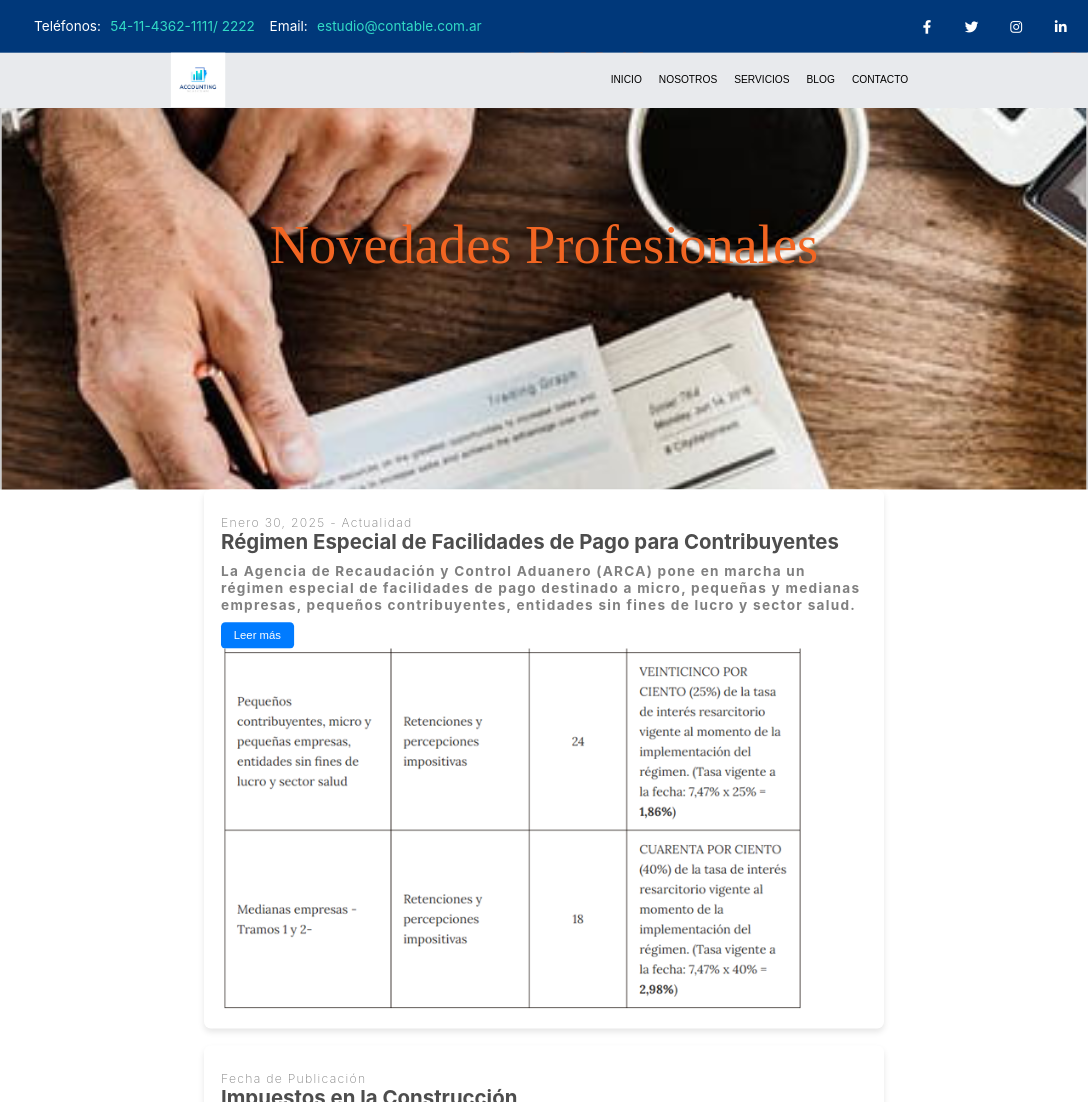
Repository: Gustavo-Leiva/estudioContable
Page: html/blog.html
These files come from the project's save history. The page is drawn as it stood at one moment and after the next save; the edit follows.
The browser window is 1280 px wide. The pictures show the part of the page from y = 0 to 1296 px (the page is 2202 px tall), at 85% of full size.
A picture or video elsewhere on the page could not be fetched, so the positions and the page height are approximate. Some web libraries are served in a nearby version.

Above is the page before, as saved 2025-01-31 18:25:15.

### html/blog.html
<!DOCTYPE html>
<html lang="en">
<head>
    <meta charset="UTF-8">
    <meta name="viewport" content="width=device-width, initial-scale=1.0">
    <title>Blog</title>
    <script src="https://kit.fontawesome.com/363b4ef9d0.js" crossorigin="anonymous"></script>
    <link rel="stylesheet" type="text/css" href="https://cdnjs.cloudflare.com/ajax/libs/font-awesome/6.0.0/css/all.min.css">
    <link rel="stylesheet" type="text/css" href="/css/style.css">
    <script src="../js/app.js"></script>
    <script src="../js/app1.js"></script>
</head>
<body>
    <header id="home" class="header">
        <nav class="nav">
            <div class="container-all">
                <div class="container-contacto">
                    <div class="contacto">
                        <ul class="nav-contacto">
                            <li>
                                <span class="contac">Teléfonos:</span>
                                <a href="#" class="phone">54-11-4362-1111/ 2222</a>
                            </li>
                            <li>
                                <span class="contac">Email:</span>
                                <a href="#" class="email">estudio@contable.com.ar</a>
                            </li>
                        </ul>
                    </div>
                    <div class="social-links">
                        <a href="#"><i class="fab fa-facebook-f"></i></a>
                        <a href="#"><i class="fab fa-twitter"></i></a>
                        <a href="#"><i class="fab fa-instagram"></i></a>
                        <a href="#"><i class="fab fa-linkedin-in"></i></a>
                    </div>
                </div>
                <div class="nav-items">
                    <img src="../img/logo2.jpg" alt="Logo del estudio" class="imagen-logo">
                    <button id="abrir" class="abrir-menu"><i class="fas fa-bars"></i></button>
                    <div class="nav-menu" id="nav">
                        <button id="cerrar" class="cerrar-menu"><i class="fa-solid fa-xmark"></i></button>
                        <ul class="nav-list">
                            <li class="menu-item"><a href="/index.html">Inicio</a></li>
                            <li class="menu-item"><a href="/html/nosotros.html">Nosotros</a></li>
                            <li class="menu-item"><a href="/html/servicios.html">Servicios</a></li>
                            <li class="menu-item"><a href="/html/blog.html">Blog</a></li>
                            <li class="menu-item"><a href="/html/contacto.html">Contacto</a></li>
                        </ul>
                    </div>
                </div>
            </div>
        </nav>
    </header>

    <section class="imagenContenedora" id="imagenContenedora">
        <img class="contenedoraBlog" src="../img/blog.jpg" alt="Imagen de blog">
        <h1 class="leyenda">Novedades Profesionales</h1>
    </section>

    <!-- Contenedor donde se cargarán dinámicamente los artículos -->
    <section id="blog-container" class="blog-container"></section>

    <footer class="footer">
        <div class="footer-container">
            <div class="row">
                <div class="footer-col">
                    <h4 class="title">Estudio</h4>
                    <ul>
                        <li><a href="#">Inicio</a></li>
                        <li><a href="#">Nosotros</a></li>
                        <li><a href="#">Servicios</a></li>
                        <li><a href="#">Contacto</a></li>
                    </ul>
                </div>
                <div class="footer-col">
                    <h4 class="title">Servicios</h4>
                    <ul>
                        <li><a href="#">Auditoría</a></li>
                        <li><a href="#">Impuestos</a></li>
                        <li><a href="#">Laboral</a></li>
                        <li><a href="#">Societario</a></li>
                        <li><a href="#">Consultoría</a></li>
                        <li><a href="#">Outsourcing</a></li>
                    </ul>
                </div>
                <div class="footer-col">
                    <h4 class="title">Clientes</h4>
                    <ul>
                        <li><a href="#">Industrias</a></li>
                        <li><a href="#">Servicios</a></li>
                        <li><a href="#">Concesionarias automotrices</a></li>
                        <li><a href="#">Entidades Financieras</a></li>
                    </ul>
                </div>
                <div class="footer-col footer-links">
                    <h4 class="title">¡Seguinos!</h4>
                    <div class="social-links">
                        <a href="#"><i class="fab fa-facebook-f"></i></a>
                        <a href="#"><i class="fab fa-twitter"></i></a>
                        <a href="#"><i class="fab fa-instagram"></i></a>
                        <a href="#"><i class="fab fa-linkedin-in"></i></a>
                    </div>
                </div>
            </div>
        </div>
        <hr>
        <p class="derechos">&copy; 2024 Todos los derechos reservados | Creado por Gustavo Leiva</p>
    </footer>


</body>
</html>

### js/app1.js
document.addEventListener("DOMContentLoaded", function () {
    // Cargar artículos desde el archivo JSON
    fetch("../js/articulos.json")
        .then(response => response.json())  // Convertir la respuesta a JSON
        .then(data => {
            const contenedor = document.querySelector(".blog-container");  // Contenedor donde se mostrarán las tarjetas

            // Iterar sobre los artículos y crear una tarjeta para cada uno
            data.forEach(articulo => {
                const card = document.createElement("div");  // Crear un nuevo contenedor para cada artículo
                card.classList.add("blog-card");  // Añadir clase de estilo a la tarjeta

                // Insertar el contenido de cada artículo dentro de la tarjeta sin los comentarios incorrectos
                card.innerHTML = `
                    <div class="card-header">
                        <p class="date">${articulo.fecha}</p>  <!-- Fecha de publicación -->
                        <h2>${articulo.titulo}</h2>  <!-- Título del artículo -->
                    </div>
                    <div class="card-body">
                    <p class="summary">${articulo.resumen}</p>  <!-- Resumen del artículo -->
                    <p class="full-content" style="display: none;">${articulo.contenido}</p>  <!-- Contenido completo (oculto inicialmente) -->
                    <button class="read-more">Leer más</button>  <!-- Botón para mostrar/ocultar el contenido -->
                    <img src="${articulo.imagen}" alt="Imagen del artículo" class="article-image"/>  <!-- Imagen del artículo -->
                    </div>
                `;

                contenedor.appendChild(card);  // Añadir la tarjeta al contenedor de artículos
            });

            // Llamar a la función para activar los botones "Leer más"
            inicializarBotones();
        })
        .catch(error => console.error("Error cargando los artículos:", error));  // Manejo de errores

        function inicializarBotones() {
            const botones = document.querySelectorAll('.read-more');

            botones.forEach(button => {
                button.addEventListener('click', function() {
                    const contenido = this.previousElementSibling;  // Obtener el contenido completo
                    if (contenido.style.display === "none") {
                        contenido.style.display = "block";  // Mostrar contenido
                        this.textContent = "Leer menos";  // Cambiar el texto del botón
                    } else {
                        contenido.style.display = "none";  // Ocultar contenido
                        this.textContent = "Leer más";  // Cambiar el texto del botón
                    }
                });
            });
        }
});

Loaded but not shown: js/articulos.json (16 lines, source omitted); js/app.js (25 lines, source omitted); css/style.css (1295 lines, source omitted)

After the next save:
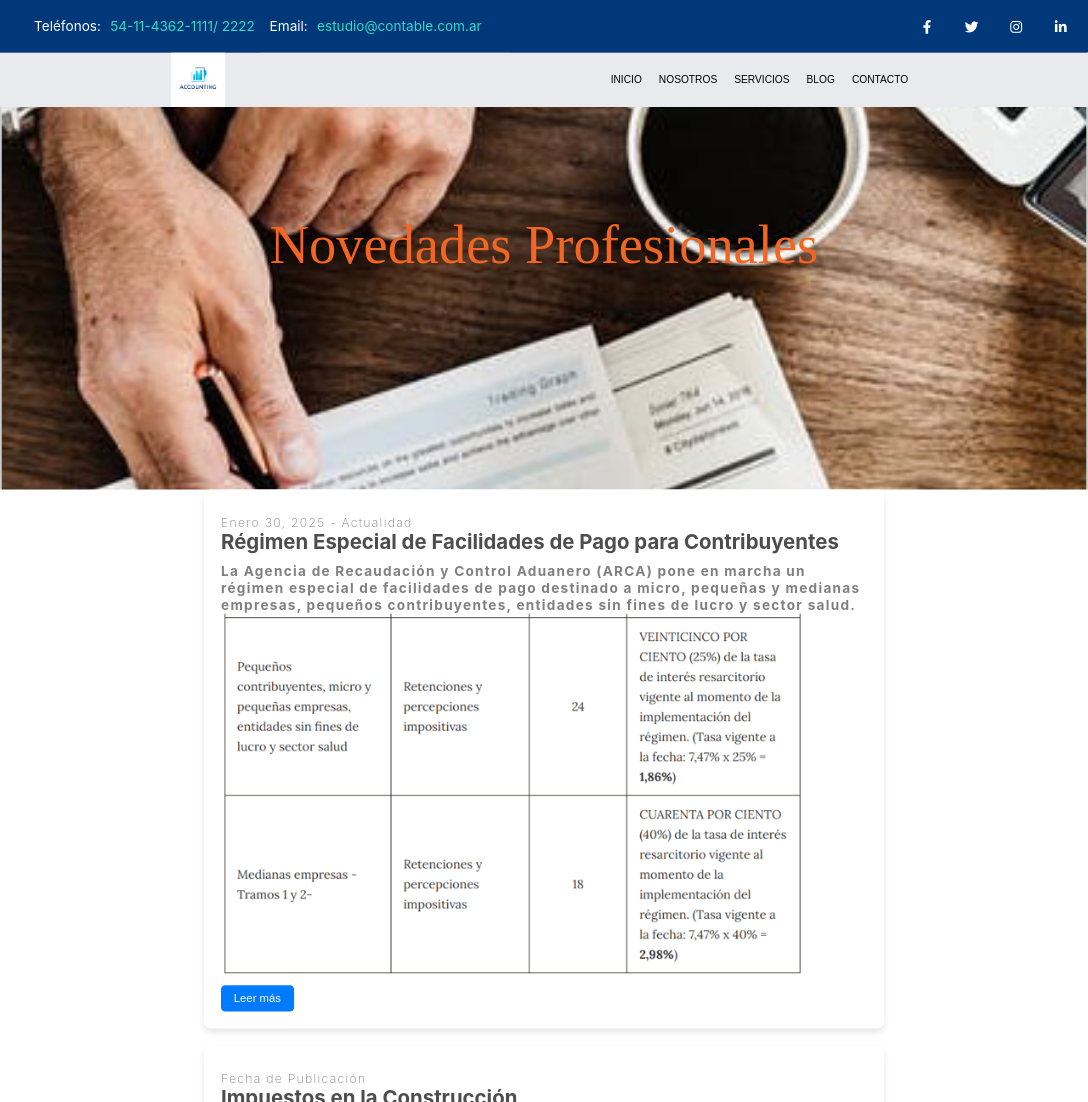
Saved 26 s later.
--- a/js/app1.js
+++ b/js/app1.js
@@ -19,8 +19,8 @@ document.addEventListener("DOMContentLoaded", function () {
                     <div class="card-body">
                     <p class="summary">${articulo.resumen}</p>  <!-- Resumen del artículo -->
                     <p class="full-content" style="display: none;">${articulo.contenido}</p>  <!-- Contenido completo (oculto inicialmente) -->
+                    <img src="${articulo.imagen}" alt="Imagen del artículo" class="article-image"/>  <!-- Imagen del artículo -->
                     <button class="read-more">Leer más</button>  <!-- Botón para mostrar/ocultar el contenido -->
-                    <img src="${articulo.imagen}" alt="Imagen del artículo" class="article-image"/>  <!-- Imagen del artículo -->
                     </div>
                 `;
 
